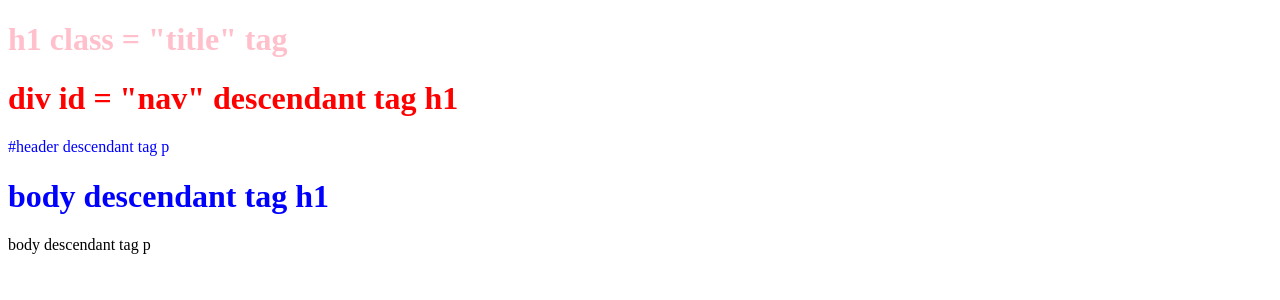
Repository: LucestDail/WebEclipse-Workspace
Page: htmlProject/WebContent/cssEx4.html
The author's editor kept a copy of each file at every save. The page is drawn from the files as they stood at one save, then again after the next save.
The browser window is 1280 px wide. The pictures show the whole page.

Above is the page before, as saved 2020-11-06 05:57:00.

After the next save:
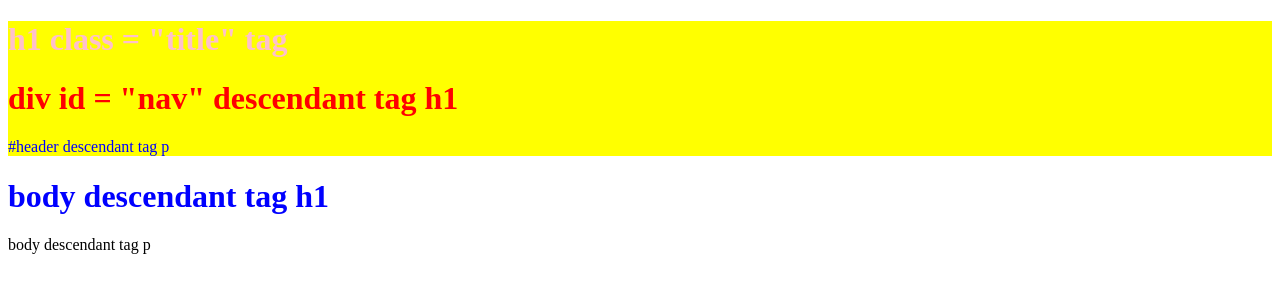
Saved 3 min 56 s later.
--- a/htmlProject/WebContent/cssEx4.html
+++ b/htmlProject/WebContent/cssEx4.html
@@ -14,6 +14,9 @@
 	#header,h1{
 		color:blue;
 	}
+	div{
+		background:yellow;
+	}
 
 </style>
 </head>
